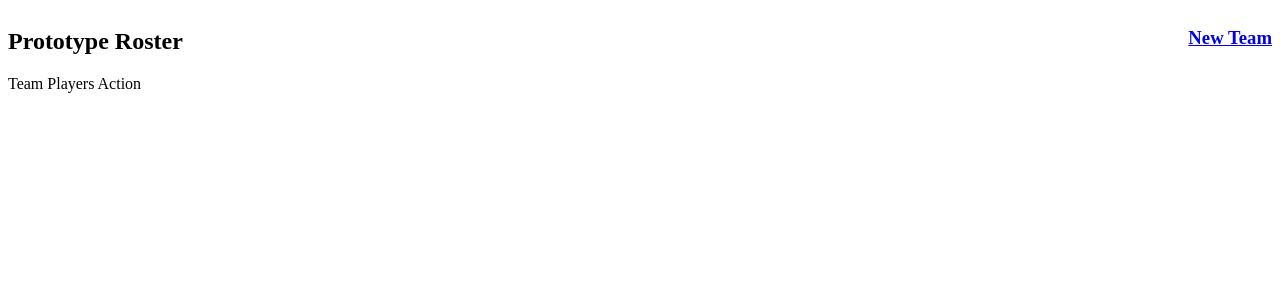
Repository: a-rydzak/Java
Page: http://localhost/Rosters/Home
The author's editor kept a copy of each file at every save. The page is drawn from the files as they stood at one save, then again after the next save.
The browser window is 1280 px wide. The pictures show the whole page.
The page is served by Tomcat 9.

Above is the page before, as saved 2019-07-26 12:59:03.

After the next save:
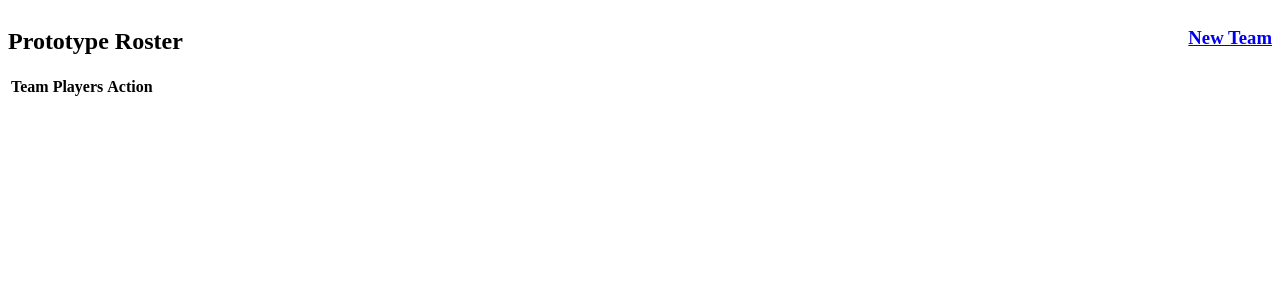
Saved 86 s later.
--- a/Java MVC/Team Roster/Rosters/WebContent/WEB-INF/views/Home.jsp
+++ b/Java MVC/Team Roster/Rosters/WebContent/WEB-INF/views/Home.jsp
@@ -16,18 +16,20 @@
 	</div>
 
 	<div id="teamsDisplay">
-		<tr>
-			<th>Team</th>
-			<th>Players</th>
-			<th>Action</th>
-		</tr>
-		<c:forEach items="${roster.getTeams()}" var="team">
-	    <tr>
-	        <td>${team.getTeamName()}</td>
-	        <td>${team.getNumPlayers()}</td>
-	        <td>Action A    Action B</td>
-	    </tr>
-		</c:forEach>
+		<table>
+			<tr>
+				<th>Team</th>
+				<th>Players</th>
+				<th>Action</th>
+			</tr>
+			<c:forEach items="${roster.getTeams()}" var="team">
+		    <tr>
+		        <td>${team.getTeamName()}</td>
+		        <td>${team.getNumPlayers()}</td>
+		        <td>Action A    Action B</td>
+		    </tr>
+			</c:forEach>
+		</table>
 	</div>
 
 </body>
